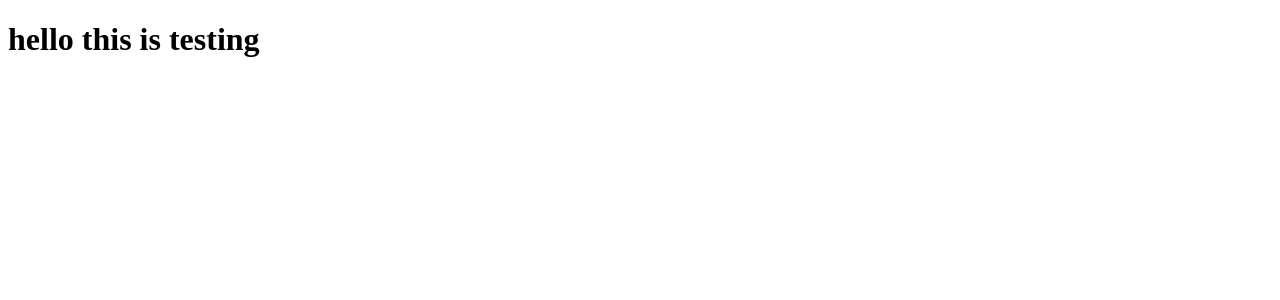
Repository: igatecomputereducation/classes
Page: http://localhost/spring-mvc-project/test
These files come from the project's save history. The page is drawn as it stood at one moment and after the next save; the edit follows.
The browser window is 1280 px wide. The pictures show the whole page.
The page is served by Tomcat 9. Other server files are loaded and not shown.

Above is the page before, as saved 2024-02-24 04:32:50.

### spring-mvc-project/spring-mvc-project/src/main/webapp/WEB-INF/spring-config.xml
<?xml version="1.0" encoding="UTF-8"?>
<beans xmlns="http://www.springframework.org/schema/beans"
	xmlns:p="http://www.springframework.org/schema/p"
	xmlns:util="http://www.springframework.org/schema/util"
	xmlns:xsi="http://www.w3.org/2001/XMLSchema-instance"
	xmlns:context="http://www.springframework.org/schema/context"
	xmlns:mvc="http://www.springframework.org/schema/mvc"

	xsi:schemaLocation="
        http://www.springframework.org/schema/beans
        http://www.springframework.org/schema/beans/spring-beans.xsd
         http://www.springframework.org/schema/util
         http://www.springframework.org/schema/util/spring-util.xsd
        http://www.springframework.org/schema/context
        http://www.springframework.org/schema/context/spring-context.xsd
        http://www.springframework.org/schema/mvc
        http://www.springframework.org/schema/mvc/spring-mvc.xsd
        ">

	<context:annotation-config/>
	<context:component-scan	base-package="com.igate" />

	<mvc:annotation-driven/>
	<mvc:resources location="/WEB-INF/resources/" mapping="/assets/**">

	</mvc:resources>

	<bean name="viewResolver" class="org.springframework.web.servlet.view.InternalResourceViewResolver">
		<property name="prefix" value="/WEB-INF/views/"></property>
		<property name="suffix" value=".jsp"></property>
	</bean>




</beans>

### spring-mvc-project/spring-mvc-project/src/main/webapp/WEB-INF/views/test.jsp
<%@ page language="java" contentType="text/html; charset=ISO-8859-1"
    pageEncoding="ISO-8859-1"%>
<%@ taglib prefix = "c" uri = "http://java.sun.com/jsp/jstl/core" %>
<!DOCTYPE html>
<html>
<head>
<meta charset="ISO-8859-1">
<title>Insert title here</title>
</head>
<body>
	<h1>hello this is testing</h1>

</body>
</html>

### spring-mvc-project/spring-mvc-project/src/main/java/com/igate/MyController.java
package com.igate;

import org.springframework.stereotype.Controller;
import org.springframework.web.bind.annotation.RequestMapping;

@Controller
public class MyController {
	@RequestMapping("/test")
	public String getTest() {
		return "test";
	}
}

After the next save:
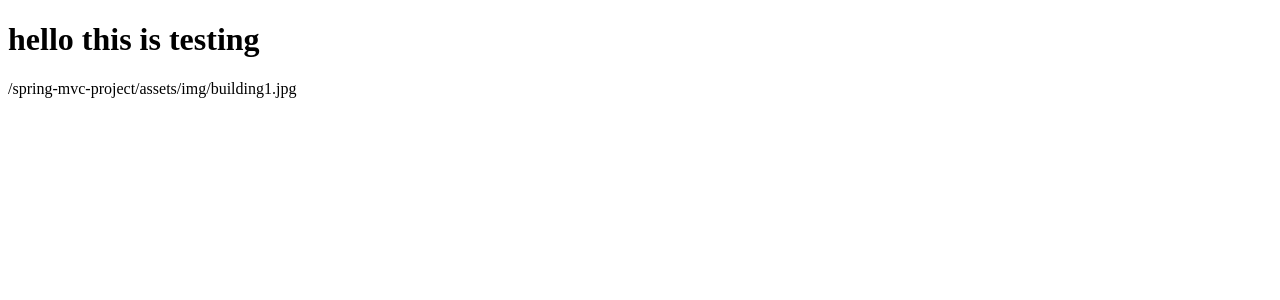
Saved 78 s later.
--- a/spring-mvc-project/spring-mvc-project/src/main/webapp/WEB-INF/views/test.jsp
+++ b/spring-mvc-project/spring-mvc-project/src/main/webapp/WEB-INF/views/test.jsp
@@ -9,6 +9,7 @@
 </head>
 <body>
 	<h1>hello this is testing</h1>
-
+	<c:url value="/assets/img/building1.jpg"/>
+	<img src="">
 </body>
 </html>
